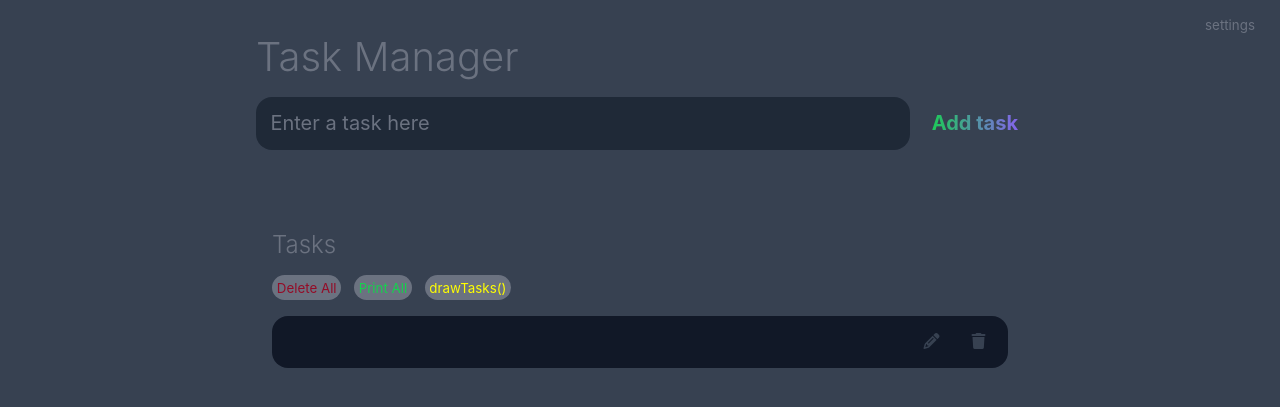
Repository: Herschenglime/todo-list-exercise
Page: index.html
An editor plug-in stored every save of this project. The page is shown before and after the next save, followed by the edit.
The browser window is 1280 px wide. The pictures show the whole page.
Empty fields were first filled with sample values (such as "Sample", 5 or name@example.com).
After loading, the first visible `#new-task-form` was submitted once.
Some web libraries are served in a nearby version.

Above is the page before, as saved 2022-04-20 04:07:16.

After the next save:
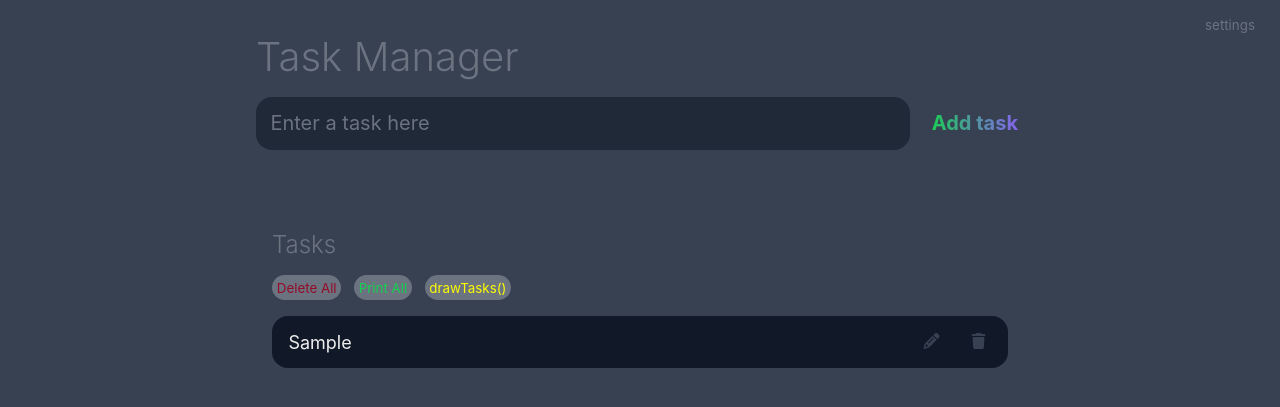
Saved 8 s later.
--- a/app.js
+++ b/app.js
@@ -167,7 +167,7 @@ window.addEventListener('load', () => {
                 // task_id_el.classList.add("text");
 
                 // determines the displayed text
-                // task_input_el.value = task.taskName;
+                task_input_el.value = task.taskName;
                 // task_id_el.value = task.id;
                 task_input_el.setAttribute("readonly", "readonly");
                 // task_id_el.setAttribute("readonly", "readonly");
